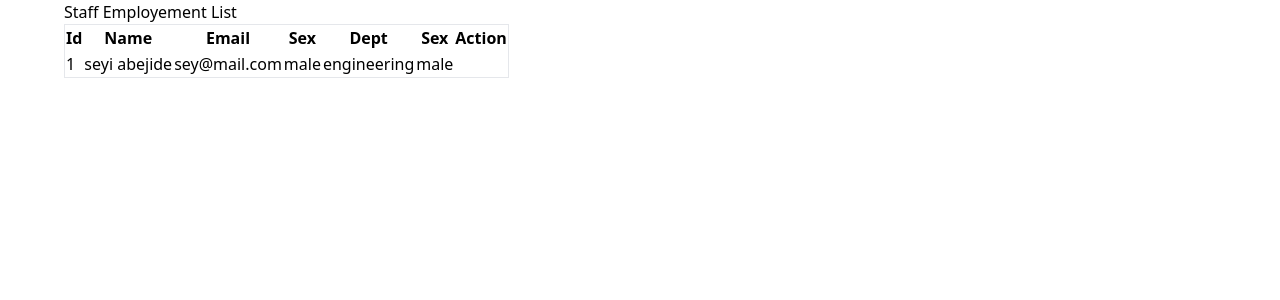
Repository: Semanmernstack/crud
Page: /
The author's editor kept a copy of each file at every save. The page is drawn from the files as they stood at one save, then again after the next save.
The browser window is 1280 px wide. The pictures show the whole page.
The project was rebuilt for these pictures with package versions that can differ from the ones it lists, and the page was loaded fresh each time. Also part of the build but not shown: src/Details.js, src/Create.js, src/Edit.js.

Above is the page before, as saved 2022-12-23 03:02:36.

### src/App.js
import List from "./List";
import {
  BrowserRouter,
  Routes,
  Route,

} from "react-router-dom";
import Details from "./Details";
import Create from "./Create";
import Edit from "./Edit";



function App() {
  return (
    <div className="">
      <BrowserRouter>

      <Routes>
        <Route path="/" element={<List/>}> </Route>
        <Route path="/employee/create" element={<Create/>}> </Route>
        <Route path="/employee/details/:empid" element={<Details/>}> </Route>
        <Route path="/employee/edit/:empid" element={<Edit/>}> </Route>
      </Routes>
      </BrowserRouter>

    </div>
  );
}

export default App;

### src/List.js
import React from 'react'

function List() {
  return (
    <div className="max-w-6xl mx-auto  ">

        <p>Staff Employement List</p>

        <table className="table-auto border " >
            <thead>
                <tr>
                    <th>Id</th>
                    <th>Name</th>
                    <th>Email</th>
                    <th>Sex</th>
                    <th>Dept</th>
                    <th>Sex</th>
                    <th>Action</th>
                </tr>
            </thead>

            <tbody>
                <tr>
                    <td>1</td>
                    <td>seyi abejide</td>
                    <td>sey@mail.com</td>
                    <td>male</td>
                    <td>engineering</td>
                    <td>male</td>
                </tr>
            </tbody>
        </table>

    </div>
  )
}

export default List

Loaded but not shown: public/index.html (common file); src/index.js (common file); src/index.css (common file); src/reportWebVitals.js (common file); tailwind.config.js (common file)

After the next save:
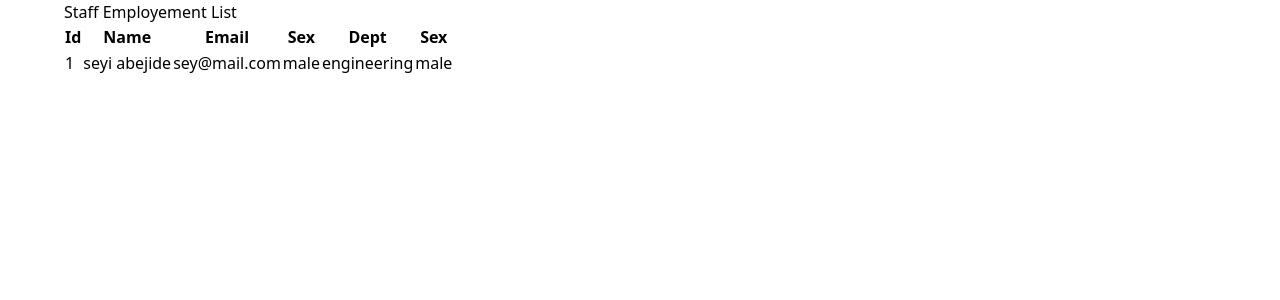
Saved 42 s later.
--- a/src/List.js
+++ b/src/List.js
@@ -6,7 +6,7 @@ function List() {
 
         <p>Staff Employement List</p>
 
-        <table className="table-auto border " >
+        <table className="table-auto  " >
             <thead>
                 <tr>
                     <th>Id</th>
@@ -15,7 +15,7 @@ function List() {
                     <th>Sex</th>
                     <th>Dept</th>
                     <th>Sex</th>
-                    <th>Action</th>
+
                 </tr>
             </thead>
 
